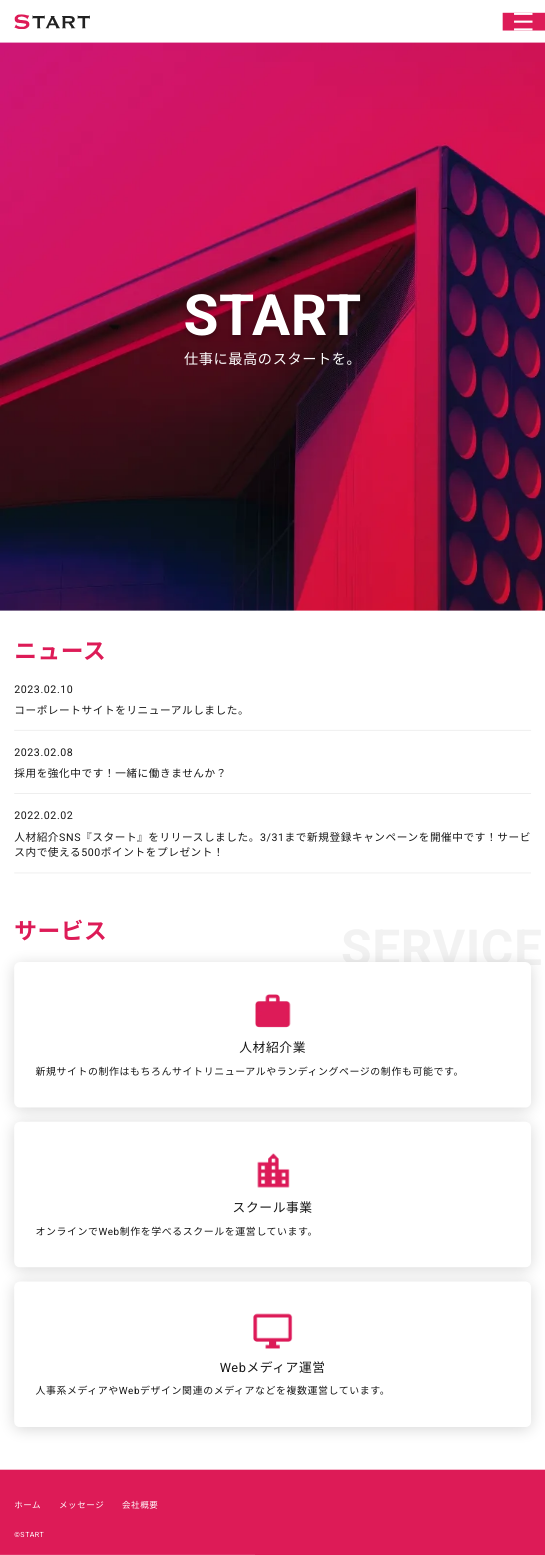
Repository: tetishi/tetishi.github.io
Page: index.html
An editor plug-in stored every save of this project. The page is shown before and after a run of saves, followed by the edit.
The browser window is 768 px wide. The pictures show the whole page, at 71% of full size.

Above is the page before, as saved 2023-07-02 21:52:23.

### index.html
<!DOCTYPE html>
<html lang="en">
<head>
    <meta charset="UTF-8">
    <meta http-equiv="X-UA-Compatible" content="IE=edge">
    <meta name="viewport" content="width=device-width, initial-scale=1.0">
    <title>Start</title>
    <!-- <link rel="stylesheet" type="text/css" href="http://yui.yahooapis.com/3.18.1/build/cssreset/cssreset-min.css"> -->
    <link rel="preconnect" href="https://fonts.googleapis.com">
    <link rel="preconnect" href="https://fonts.gstatic.com" crossorigin>
    <link href="https://fonts.googleapis.com/css2?family=Noto+Sans+JP:wght@500;700&family=Roboto:wght@400;700&display=swap" rel="stylesheet">
    <link rel="icon" href="img/favicon.ico">
    <link rel="stylesheet" href="./css/reset.css">
    <link rel="stylesheet" href="./css/style.css">
</head>
<body>
    <header class="header">
        <div class="header-inner">
            <h2 class="nav-title">
                <a href="./index.html">
                    <img class="pc" src="img/logo.svg" alt="STARTのロゴ">
                    <img class="sp" src="img/sp_logo.svg" alt="STARTのロゴ">
                </a>
            </h2>
            <nav class="header-nav">
                <ul class="header-list">
                    <li class="header-item">
                        <a href="./index.html" class="text-red">ホーム</a>
                    </li>
                    <li class="header-item">
                        <a href="./message.html">メッセージ</a>
                    </li>
                    <li class="header-item">
                        <a href="./company.html">会社概要</a>
                    </li>
                </ul>
            </nav>
            <button class="hamburger-btn">
                <span class="bar bar_top"></span>
                <span class="bar bar_mid"></span>
                <span class="bar bar_bottom"></span>
            </button>
        </div>
    </header>

    <main>
        <!-- fv -->
        <div class="fv">
            <div class="fv_img">
                <picture>
                    <source srcset="./img/fv.webp" type="image/webp">
                    <img src="./img/fv.jpg" alt="STARTの赤いイメージ背景">
                </picture>
            </div>
            <div class="sp_fv_img">
                <picture>
                    <source srcset="./img/sp_fv.webp" type="image/webp">
                    <img src="./img/sp_fv.jpg" alt="STARTの赤いイメージ背景">
                </picture>
            </div>
            <!-- page-title-wrapper -->
            <div class="page-title-wrapper">
                <h1 class="page-title">START</h1>
                <div class="page-title-bottom">仕事に最高のスタートを。</div>
                <!-- /.page-title-bottom -->
            </div>
        </div>

        <!-- news -->
        <section id="news" class="section-wrapper news-wrapper">
            <div class="section-inner news-inner">
                <h2 class="section-title news-title">
                    ニュース
                </h2>
                <div class="news-container">
                    <ul class="news-list">
                        <li class="news-item">
                            <time datetime="2023.02.10">2023.02.10</time>
                            <a href="#news">コーポレートサイトをリニューアルしました。</a>
                        </li>
                        <li class="news-item">
                            <time datetime="2023.02.08">2023.02.08</time>
                            <a href="#news">採用を強化中です！一緒に働きませんか？</a>
                        </li>
                        <li class="news-item">
                            <time datetime="2022.02.02">2022.02.02</time>
                            <a href="#news">人材紹介SNS『スタート』をリリースしました。3/31まで新規登録キャンペーンを開催中です！サービス内で使える500ポイントをプレゼント！</a>
                        </li>
                    </ul>
                </div>
                <!-- /.news-container -->
            </div>
            <!-- /.section-inner -->
        </section>

        <!-- service -->
        <section id="service" class="section-wrapper service-wrapper">
            <div class="section-inner">
                <h2 class="section-title text-right text-white">サービス</h2>
                <h2 class="upper-text text-white">SERVICE</h2>
                <ul class="service-list">
                    <li class="service-item">
                            <picture>
                                <source srcset="./img/bag.webp" type="image/webp">
                                <img src="./img/bag.png" alt="手提げ鞄">
                            </picture>
                            <h3 class="service-item-title">人材紹介業</h3>
                            <p class="service-item-text">
                                新規サイトの制作はもちろんサイトリニューアルやランディングページの制作も可能です。
                            </p>
                    </li>
                    <li class="service-item">
                            <picture>
                                <source srcset="./img/school.webp" type="image/webp">
                                <img src="./img/school.png" alt="スクール">
                            </picture>
                            <h3 class="service-item-title">スクール事業</h3>
                            <p class="service-item-text">
                                オンラインでWeb制作を学べるスクールを運営しています。
                            </p>
                    </li>
                    <li class="service-item">
                            <picture>
                                <source srcset="./img/web.webp" type="image/webp">
                                <img src="./img/web.png" alt="モニター">
                            </picture>
                            <h3 class="service-item-title">Webメディア運営</h3>
                            <p class="service-item-text">
                                人事系メディアやWebデザイン関連のメディアなどを複数運営しています。
                            </p>
                    </li>
                </ul>
            </div>
            <!-- /.section-inner -->
        </section>

    </main>


    <footer class="footer">
        <div class="section-inner">
            <nav class="footer-nav">
                <ul class="footer-nav-list">
                    <li class="footer-nav-item"><a href="./index.html">ホーム</a></li>
                    <li class="footer-nav-item"><a href="./message.html">メッセージ</a></li>
                    <li class="footer-nav-item"><a href="./company.html">会社概要</a></li>
                </ul>
            </nav>
            <small>&copy;START</small>
        </div>
    </footer>

    <script src="https://ajax.googleapis.com/ajax/libs/jquery/3.6.0/jquery.min.js"></script>
    <script src="js/script.js"></script>
</body>
</html>

### css/reset.css
/*
html5doctor.com Reset Stylesheet
v1.6.1
Last Updated: 2010-09-17
Author: Richard Clark - http://richclarkdesign.com
Twitter: @rich_clark
*/

* {
    box-sizing: border-box;
}

html,
body,
div,
span,
object,
iframe,
h1,
h2,
h3,
h4,
h5,
h6,
p,
blockquote,
pre,
abbr,
address,
cite,
code,
del,
dfn,
em,
img,
ins,
kbd,
q,
samp,
small,
strong,
sub,
sup,
var,
b,
i,
dl,
dt,
dd,
ol,
ul,
li,
fieldset,
form,
label,
legend,
table,
caption,
tbody,
tfoot,
thead,
tr,
th,
td,
article,
aside,
canvas,
details,
figcaption,
figure,
footer,
header,
hgroup,
menu,
nav,
section,
summary,
time,
mark,
ruby,
audio,
video {
    margin: 0;
    padding: 0;
    border: 0;
    outline: 0;
    font-size: 100%;
    vertical-align: baseline;
    background: transparent;
}

body {
    line-height: 1.5;
}

img {
    width: 100%;
    height: auto;
    object-fit: cover;
}

button {
    background-color: transparent;
    border: none;
    cursor: pointer;
    outline: none;
    padding: 0;
    appearance: none;
}

article,
aside,
details,
figcaption,
figure,
footer,
header,
hgroup,
menu,
nav,
section {
    display: block;
}

nav ul {
    list-style: none;
}

li {
    list-style: none;
}

a {
    margin: 0;
    padding: 0;
    font-size: 100%;
    vertical-align: baseline;
    background: transparent;
}

input,
select {
    vertical-align: middle;
}

/*end reset css*/

### css/style.css
/* base */

html {
    font-size: 62.5%;
}
body {
    font-size: 1.6rem;
    letter-spacing: .05em;
    color: #171717;
    font-family: "Roboto", "Noto Sans JP", Arial, "Hiragino Kaku Gothic ProN", "Hiragino Sans", Meiryo, sans-serif;
}
img {
    vertical-align: bottom;
}
.section-inner {
    max-width: 1110px;
    margin: 0 auto;
}
.section-title {
    font-size: 4rem;
    color: #DD1B57;
    margin-bottom: 49px;
    /* width: 25%; */
    white-space: nowrap;
}
a {
    color: inherit;
    text-decoration: none;
}
.text-red {
    color: #DD1B57;
}
.pc {
    display: block;
}
.sp {
    display: none;
}

/* header */
.header {
    padding: 30px 70px;
    width: 100%;
}

.header a {
    text-decoration: none;
}
.header-inner {
    display: flex;
    justify-content: space-between;
    align-items: center;
}
.header-list {
    display: flex;
}
.header-item {
    margin-right: 30px;
}
.header-item:last-of-type {
    margin-right: 0;
}
.hamburger-btn {
    display: none;
}

/* fv */
.fv {
    height: 100vh;
    min-height: 550px;
    position: relative;
}
.fv img {
    height: 100vh;
    min-height: 550px;
    object-fit: cover;
}
.sp_fv_img {
    display: none;
}
.page-title-wrapper {
    position: absolute;
    left: 50%;
    top: 50%;
    color: #fff;
    transform: translate(-50%,-50%);
    line-height: 1;
}
.page-title {
    font-size: 16rem;
    font-weight: bold;
    margin-bottom: 10px;
    text-shadow: 0 4px 6px rgb(0 0 0 / 25%);
}
.page-title-bottom {
    font-size: 24px;
    text-align: center;
}

/* news */
.news-wrapper {
    margin: 64px 0 74px 0;
}
.news-inner {
    display: flex;
    column-gap: 88px;
}
.news-item {
    padding: 15px 0 16px 0;
    border-bottom: 1px solid #E8E8E8;
    display: flex;
    font-size: 1.5rem;
}
.news-item a {
    margin-left: 40px;
}

/* service */
.service-wrapper {
    margin-bottom: 100px;
}
.service-wrapper .section-inner {
    position: relative;
}
.upper-text {
    position: absolute;
    right: -14px;
    top: -60px;
    font-size: 16.8rem;
    font-weight: bold;
    color: #171717;
    margin: 0 auto;
    opacity: .05;
    z-index: 0;
}
.service-list {
    display: flex;
    justify-content: space-between;
    position: relative;
    z-index: 1;
}
.service-item {
    width: 32%;
    background-color: #fff;
    box-shadow: 0 3px 21px rgba(0, 0, 0, .16);
    border-radius: 8px;
}
.service-item img {
    width: 48px;
    display: block;
    margin: 0 auto;
    padding-top: 50px;
}
.service-item-title {
    text-align: center;
    font-size: 1.8rem;
    font-weight: normal;
    margin-top: 5px;
}
.service-item-text {
    padding: 15px 50px 50px 50px;
    font-size: 1.4rem;
}

/* footer */
.footer {
    background-color: #DD1B57;
    color: #fff;
    height: 164px;
}
.footer-nav-list {
    display: flex;
    font-size: 1.4rem;
    padding: 61px 0 17px;
}
.footer-nav-item {
    margin-right: 40px;
}
small {
    font-size: 1.2rem;
    margin-bottom: 50px;
}

@media screen and (max-width: 768px) {
    /* base_sp */
    .section-inner {
        padding: 0 20px;
    }
    .section-title {
        font-size: 3.2rem;
        margin-bottom: 19px;
        width: 100%;
    }
    .pc {
        display: none;
    }
    .sp {
        display: block;
    }

    /* header_sp */
    .header {
        padding: 0;
        z-index: 1;
        position: relative;
    }
    .header-inner {
        height: 60px;
    }
    .nav-title {
        padding: 0 0 0 20px;
    }
    .header-nav {
        display: none;
        position: fixed;
        top: 0;
        right: 0;
        width: 50%;
        height: 100vh;
        background-color: #DD1B57;
    }
    .header-list {
        height: 100%;
        flex-direction: column;
        padding: 96px 0 0 40px;
    }
    .text-red {
        color: #fff;
        opacity: .5;
    }
    .header-item {
        margin: 0 0 27px;
        color: #fff;
    }
    .header-item:last-of-type {
        margin-bottom: 0;
    }
    .hamburger-btn {
        display: block;
        background-color: #DD1B57;
        padding: 0px 16px;
        width: 60px;
    }
    .hamburger-btn .bar {
        display: block;
        width: 26px;
        height: 3px;
        background-color: #fff;
        transition: .3s;
    }
    .bar_mid,
    .bar_bottom {
        margin-top: 8px;
    }
    .hamburger-btn.cross .bar_top {
        transform: rotate(45deg) translate(8px, 8px);
        transition: .3s;
    }
    .hamburger-btn.cross .bar_middle {
        opacity: 0;
        transition: .3s;
    }
    .hamburger-btn.cross .bar_bottom {
        transform: rotate(-45deg) translate(8px, -8px);
        transition: .3s;
    }
    body.noscroll {
        overflow: hidden;
    }

    /* fv_sp */
    .fv_img {
        display: none;
    }
    .sp_fv_img {
        display: block;
    }
    .page-title {
        font-size: 8rem;
        font-weight: bold;
    }
    .page-title-bottom {
        font-size: 2rem;
    }

    /* news_sp */
    .news-wrapper {
        margin: 33px 0 58px 0;
    }
    .news-inner {
        display: block;
    }
    .news-item {
        flex-flow: column;
        padding: 20px 0 16px 0;
    }
    .news-item:first-child {
        padding: 0 0 16px 0;
    }
    .news-item a {
        margin-left: 0px;
        margin-top: 7px;
    }

    /* service_sp */
    .service-wrapper {
        margin-bottom: 60px;
    }
    .upper-text {
        right: 4px;
        top: -5px;
        font-size: 7rem;
    }
    .service-list {
        display: block;
    }
    .service-item {
        width: 100%;
        margin-bottom: 20px;
    }
    .service-item img {
        width: 60px;
        padding-top: 40px;
    }
    .service-item-title {
        margin-top: 7px;
    }
    .service-item-text {
        padding: 10px 30px 40px 30px;
    }

    /* footer_sp */
    .footer {
        height: 120px;
    }
    .footer-nav-list {
        font-size: 1.2rem;
        padding: 41px 0 19px;
    }
    .footer-nav-item {
        margin-right: 25px;
    }
    small {
        font-size: 1rem;
        margin-bottom: 29px;
    }
}

### js/script.js
//ハンバーガーボタン
$('.hamburger-btn').on('click', function() {
    $('.header-nav').fadeToggle(300);
    $(this).toggleClass('cross');
    $('body').toggleClass('noscroll');
});

After the next 2 saves:
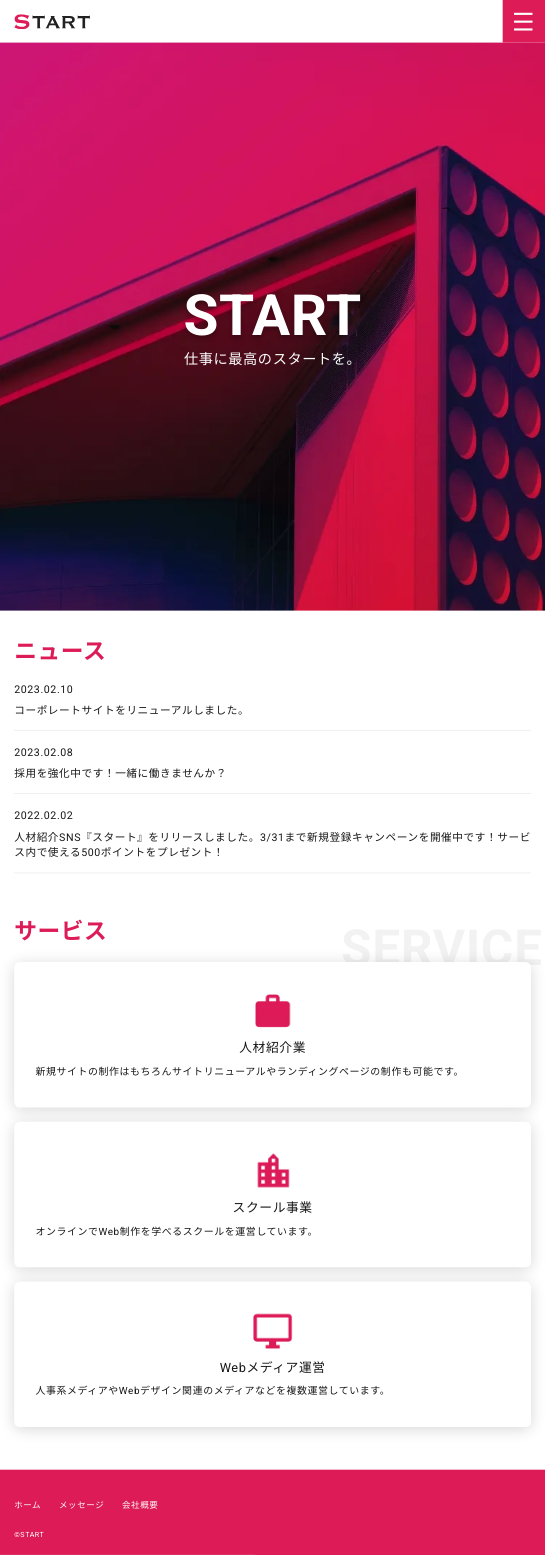
The 2 saves are shown as one change because they came seconds apart.
The last was saved 9 s later.
--- a/css/style.css
+++ b/css/style.css
@@ -240,6 +240,7 @@ small {
         background-color: #DD1B57;
         padding: 0px 16px;
         width: 60px;
+        height: 60px;
     }
     .hamburger-btn .bar {
         display: block;
